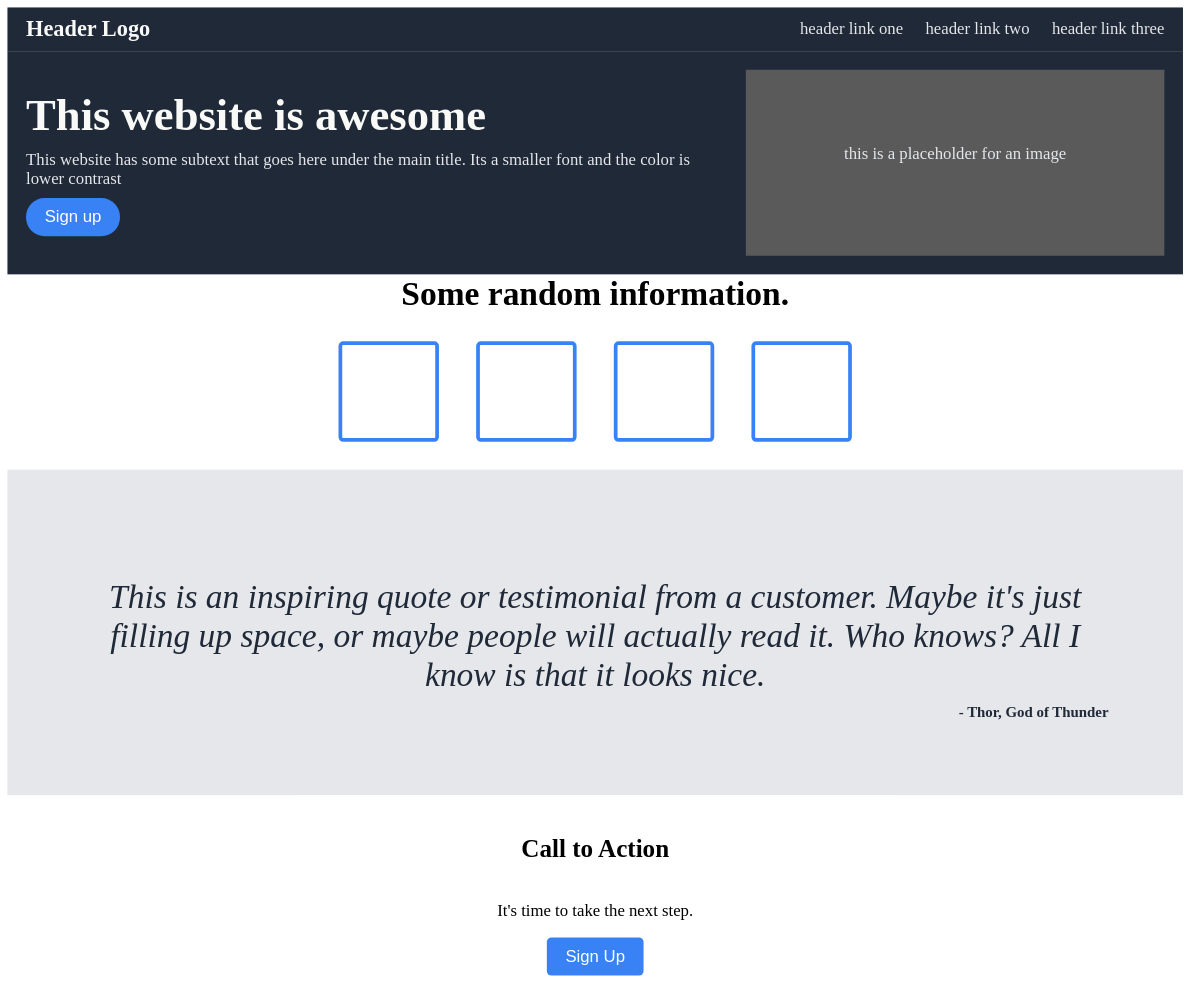
Repository: mnhardy1504/odin-recipes1
Page: flexboxlanding/index.html
An editor plug-in stored every save of this project. The page is shown before and after the next save, followed by the edit.
The browser window is 1280 px wide. The pictures show the whole page, at 93% of full size.

Above is the page before, as saved 2023-09-13 13:09:27.

### flexboxlanding/index.html
<!DOCTYPE html>
<html>

<head>
    <meta charset="UTF-8">
    <link rel="stylesheet" href="index.css">
</head>

<body>
    <div class="header">
        <div class="header-logo"><strong>Header Logo</strong></div>
        <div class="header-links">
            <a href="#">header link one</a>
            <a href="#">header link two</a>
            <a href="#">header link three</a>
        </div>
    </div>

    <div class="flexbox-section">
        <div class="flexbox-content">
            <h1>This website is awesome</h1>
            <p class="subtext">This website has some subtext that goes here under the main title. Its a smaller font and
                the color is lower contrast</p>
            <button>Sign up</button>
        </div>
        <div class="image-container">
            <div class="image-placeholder">
                <div class="image-text">this is a placeholder for an image</div>
            </div>
        </div>
    </div>

    <div class="random"><strong>Some random information.</strong></div>

    <div class="square-container">
        <div class="square">
            <div class="square-text">
            </div>
        </div>
        <div class="square">
            <div class="square-text">
            </div>
        </div>
        <div class="square">
            <div class="square-text">
            </div>
            Square 3
        </div>
        <div class="square">
            <div class="square-text">
                Subtext 4
            </div>
            Square 4
        </div>
    </div>
    <div class="quote-section">
        <p class="quote-text">
            This is an inspiring quote or testimonial from a customer. Maybe it's just filling up space, or maybe people
            will actually read it. Who knows? All I know is that it looks nice.
        </p>
        <div class="quote-author">
            <strong>- Thor, God of Thunder</strong>
        </div>
    </div>

    <div class="call-to-action-box">
        <div class="call-to-action-content">
            <h2>Call to Action</h2>
            <p>It's time to take the next step.</p>
            <button>Sign Up</button>
        </div>
    </div>
</body>

</html>

### flexboxlanding/index.css
.header {
    background-color: #1F2937; /* Header background color */
    color: white; /* Text color inside the header */
    display: flex;
    justify-content: space-between; /* Space between logo and links */
    align-items: center;
    padding: 10px 20px; /* Add padding to the header */
}

.header-logo {
    font-size: 24px;
     color: #f9faf8;
     margin-right: 20px;
}

.header-links a {
    text-decoration: none; /* Remove underlines from links */
    font-size: 18px;
    color: #e5e7eb;
    margin-left: 20px; /* Add spacing between links */
}

.header-links a:hover {
    text-decoration: underline;
}

.flexbox-section {
    background-color: #1F2937; /* Background color for the flexbox section */
    color: #f9faf8; /* Text color inside the flexbox section */
    display: flex;
    justify-content: space-between; /* Space between content and image */
    align-items: center;
    padding: 20px; /* Add padding to the flexbox section */
}

.flexbox-content {
    max-width: 60%; /* Adjust the maximum width of the content */
}

h1 {
    font-size: 48px;
    font-weight: bold; /* Extra-bold */
    margin: 0; /* Remove default margin */
}

.subtext {
    font-size: 18px;
    color: #e5e7eb; /* Subtext color */
    margin: 10px 0; /* Add spacing around subtext */
}

.image-container {
    display: flex;
    align-items: center; /* Vertically align content if needed */
}

.image-placeholder {
    width: 450px;
    height: 200px;
    background-color: #5A5A5A;
}

.image-text {
    font-size: 18px;
    color: #e5e7eb;
    text-align: center;
    padding: 80px;
}

.square-container {
    display: flex;
    justify-content:center;
    align-items: center;
    flex-wrap: wrap;
    background-color: white;
    padding: 10px;
}

.square {
    width: 100px;
    height: 100px;
    background-color: white;
    border: 4px solid #3882F6;
    text-align: center;
    display: flex;
    flex-direction: column;
    justify-content: space-between;
    align-items: center;
    color: white;
    margin: 20px;
    border-radius: 5px;
}

.square-text {
    margin-top: 10px;
}

.random {
    text-align: center;
    justify-content: center;
    font-size: 36px
}

.quote-section {
    background-color: #e5e7eb;
    padding: 80px;
    text-align: center;
}

.quote-text {
    font-size: 36px;
    font-style: italic;
    color: #1F2937;
    margin-bottom: 10px;
}

.quote-author {
    font-style: light italic;
    color: #1F2937;
    text-align: right;
    font-weight: 800;
}

.call-to-action-box {
    display: flex; /* Use flexbox for layout */
    background-color: white; /* White background for the container */
    padding: 20px;
    width: 600px;
    margin: 0 auto;
}

.call-to-action-content {
    flex-grow: 1; /* Make this div expand to fill the available space */
    display: flex; /* Use flexbox within the container */
    flex-direction: column; /* Stack items vertically */
    align-items: center; /* Center items horizontally */
    justify-content: center; /* Center items vertically */
    max-width: 600px;
    font-size: 18px;
}

/* Style the rectangular blue box */
.call-to-action-content button {
    background-color: #3882F6; /* Blue background for the button */
    color: white;
    padding: 10px 20px;
    border: none;
    border-radius: 5px; /* Rounded corners */
    font-size: 18px;
    cursor: pointer;
}

/* Add hover effect to the button */
.call-to-action-content button:hover {
    background-color: #1F5CFF; /* Darker blue on hover */
}

button {
    background-color: #3882F6;
    color: white;
    padding: 10px 20px;
    border: white;
    border-radius: 20px;
    font-size: 18px;
    cursor: pointer;
    align-items: right;
    text-align: right;
}

button:hover {
    background-color: #3882F6
}

After the next save:
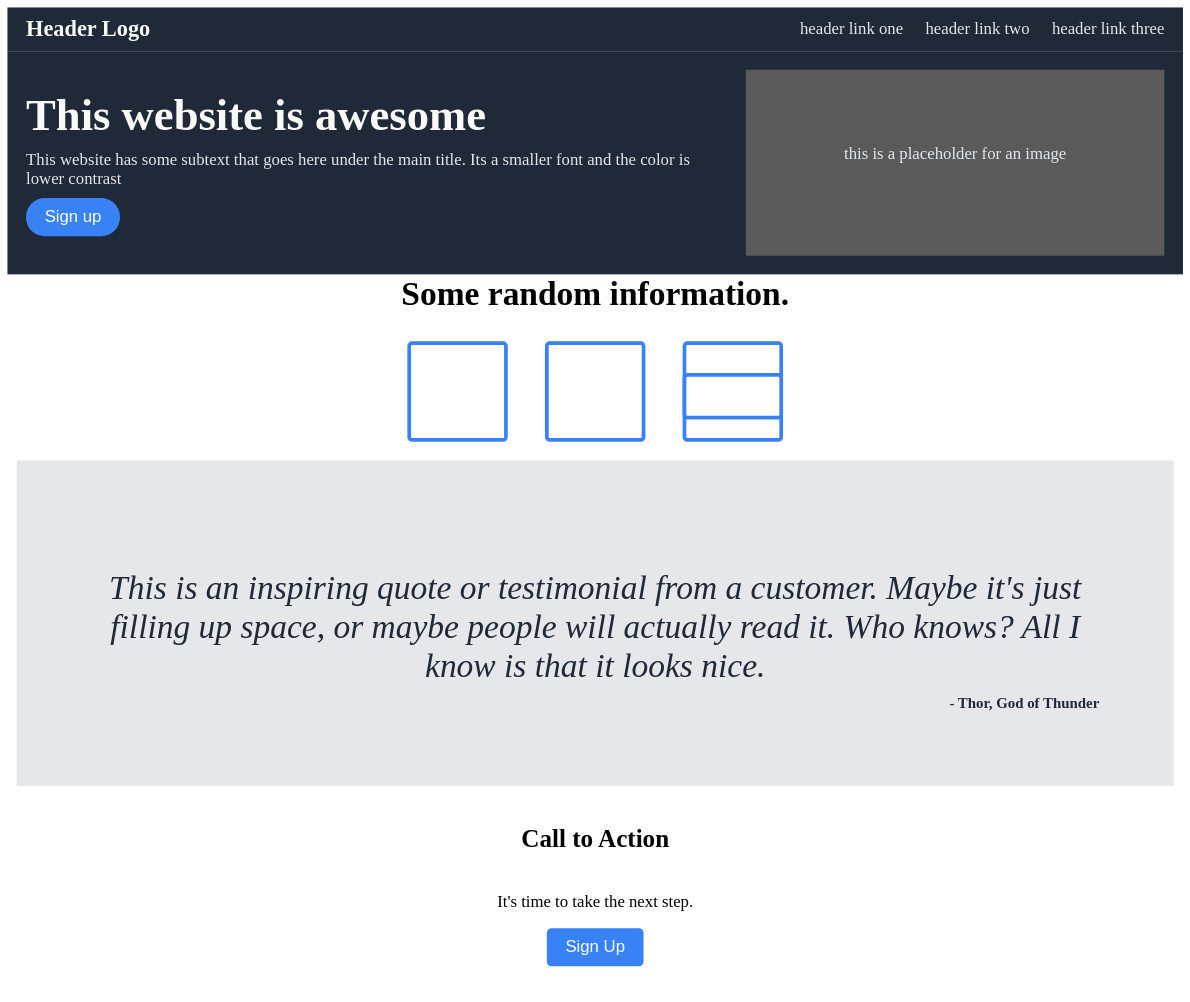
Saved 15 s later.
--- a/flexboxlanding/index.html
+++ b/flexboxlanding/index.html
@@ -43,12 +43,9 @@
         </div>
         <div class="square">
             <div class="square-text">
-            </div>
-            Square 3
         </div>
         <div class="square">
             <div class="square-text">
-                Subtext 4
             </div>
             Square 4
         </div>

After the save that followed:
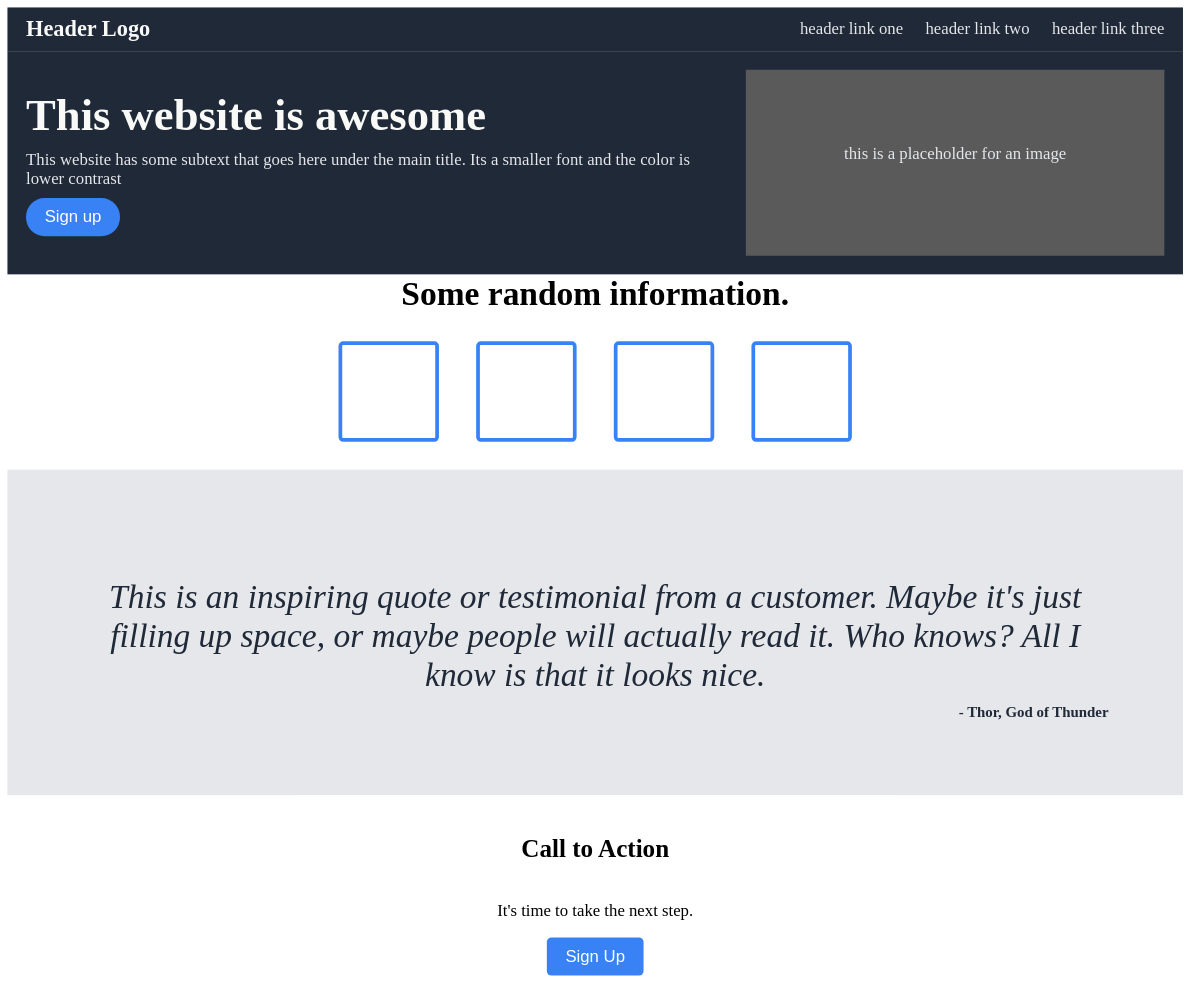
Saved 9 s later.
--- a/flexboxlanding/index.html
+++ b/flexboxlanding/index.html
@@ -43,9 +43,11 @@
         </div>
         <div class="square">
             <div class="square-text">
+            </div>
         </div>
         <div class="square">
             <div class="square-text">
+                Subtext 4
             </div>
             Square 4
         </div>
